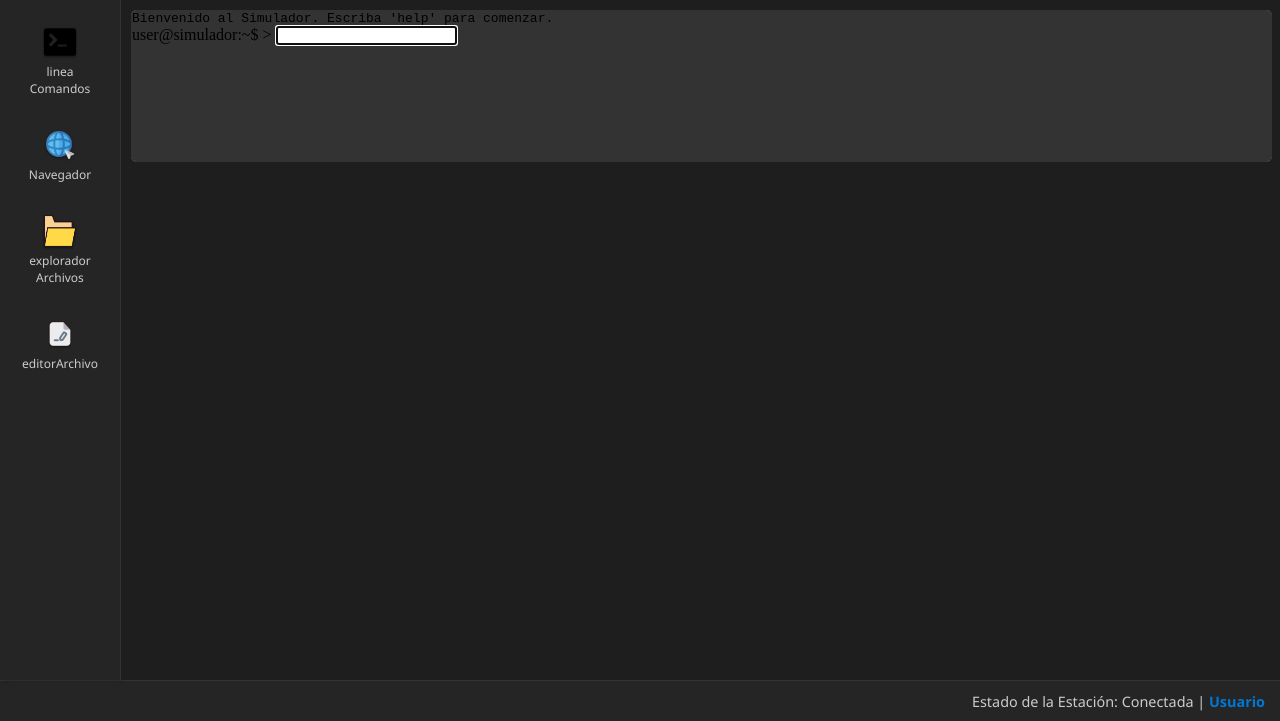
Repository: ValdezGalia/ProgramacionWebUcab
Page: lan-01.html
An editor plug-in stored every save of this project. The page is shown before and after the next save, followed by the edit.
The browser window is 1280 px wide. The pictures show the whole page.

Above is the page before, as saved 2025-11-13 17:01:46.
Console error: TypeError: Cannot read properties of null (reading 'addEventListener')

After the next save:
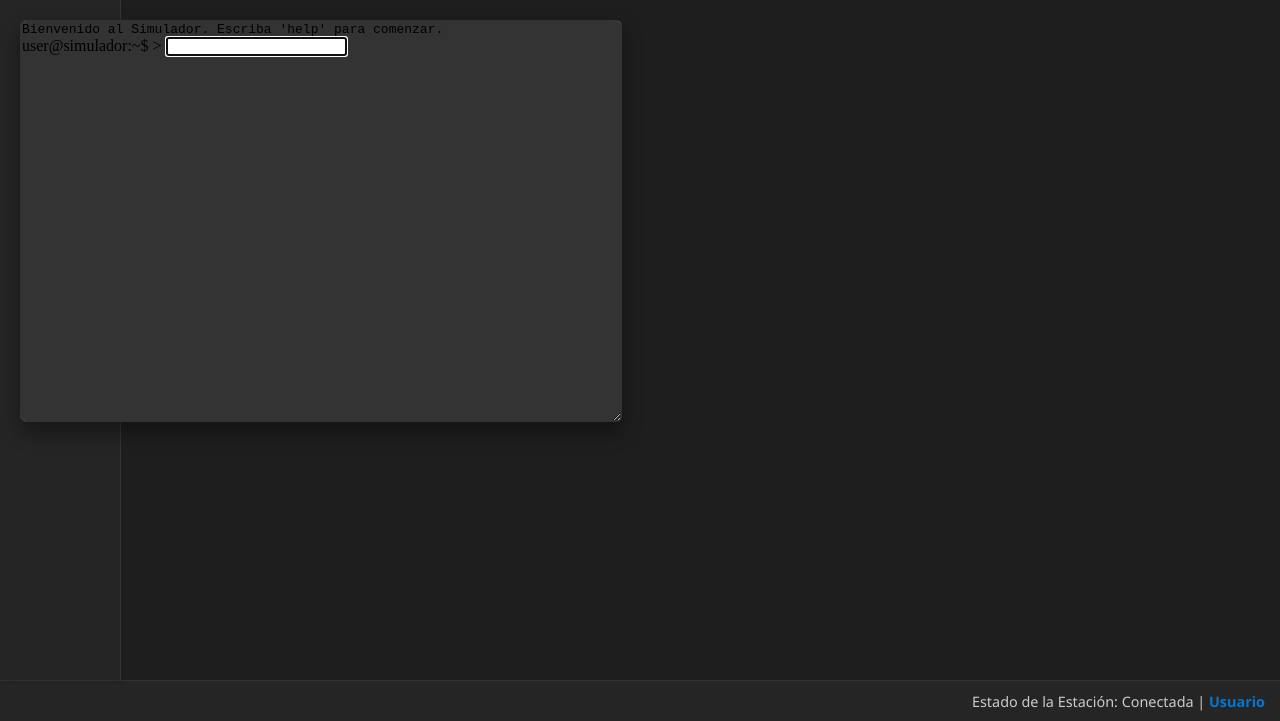
Saved 4 s later.
--- a/style/lan-01.css
+++ b/style/lan-01.css
@@ -138,4 +138,86 @@ footer {
     color: var(--color-accent); /* Resalta el nombre de usuario */
 }
 
-/**/
+/*Ventana*/
+
+/* --- Estilos de la Ventana de Aplicación (Simulación) --- */
+
+/* Contenedor principal de la ventana (reemplaza al iframe directo) */
+.app-window {
+    position: absolute; /* Permite que flote sobre el fondo */
+    top: 20px;
+    left: 20px;
+    width: 600px; /* Tamaño inicial de la ventana */
+    height: 400px;
+    background-color: var(--bg-secondary);
+    border: 1px solid var(--border-color);
+    border-radius: 5px;
+    box-shadow: 0 10px 20px rgba(0, 0, 0, 0.4);
+    display: flex;
+    flex-direction: column;
+    z-index: 100; /* Asegura que esté por encima de otros elementos */
+    overflow: hidden;
+    resize: both; /* Permite redimensionar con el ratón (opcional) */
+    min-width: 300px;
+    min-height: 200px;
+    transition: all 0.3s ease;
+}
+
+/* Barra de Título de la Ventana */
+.window-titlebar {
+    display: flex;
+    justify-content: space-between;
+    align-items: center;
+    padding: 5px 10px;
+    background-color: #3f3f3f; /* Color de la barra de título */
+    color: white;
+    font-size: 0.9em;
+    cursor: move; /* Indica que la ventana se puede arrastrar (aunque no implementaremos el arrastre sin una librería) */
+    border-bottom: 1px solid var(--border-color);
+}
+
+.window-controls button {
+    background: none;
+    border: none;
+    color: white;
+    font-size: 1.2em;
+    margin-left: 5px;
+    cursor: pointer;
+    padding: 2px 5px;
+    transition: background-color 0.1s;
+}
+
+.window-controls button:hover {
+    background-color: rgba(255, 255, 255, 0.2);
+}
+
+/* El contenido del iframe debe ocupar el resto del espacio */
+.window-content {
+    flex-grow: 1;
+}
+
+.window-content iframe {
+    width: 100%;
+    height: 100%;
+    border: none; /* Quitamos el borde del iframe interno */
+    display: block;
+}
+
+/* --- ESTADOS DE LA VENTANA --- */
+
+/* 1. Estado Maximizado (Ocupa todo el área de display) */
+.app-window.maximized {
+    position: absolute;
+    top: 0;
+    left: 0;
+    width: 100%;
+    height: 100%;
+    border-radius: 0;
+    resize: none;
+    transition: all 0.3s ease;
+}
+
+/* 2. Estado Minimizado (Oculta la ventana) */
+.app-window.minimized {
+    display: none; /* Oculta el iframe, pero lo mantiene "abierto" lógicamente */
+}
